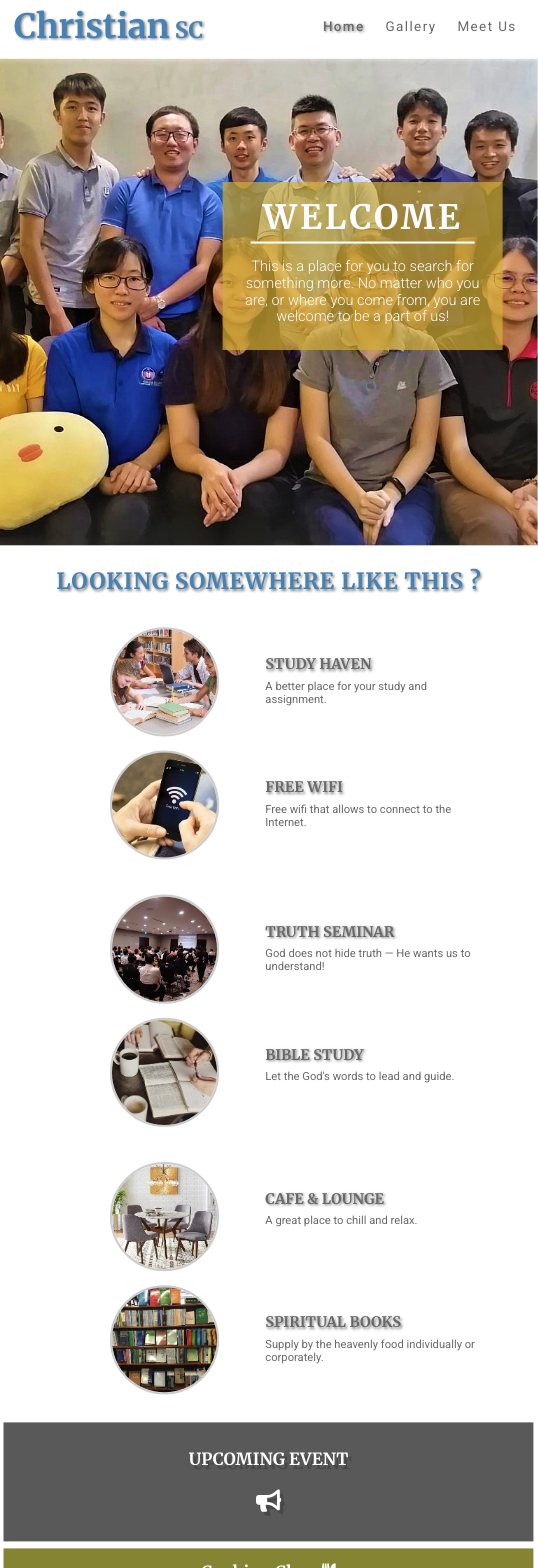
Repository: kongteckmee/christian-sc
Page: index.html
The author's editor kept a record of every edit. The page is drawn from the files as they stood at one moment, then again after the next edit.
The browser window is 768 px wide. The pictures show the part of the page from y = 0 to 2240 px (the page is 2968 px tall), at 70% of full size.
Some web libraries are served in a nearby version.

Above is the page before.

After the next edit:
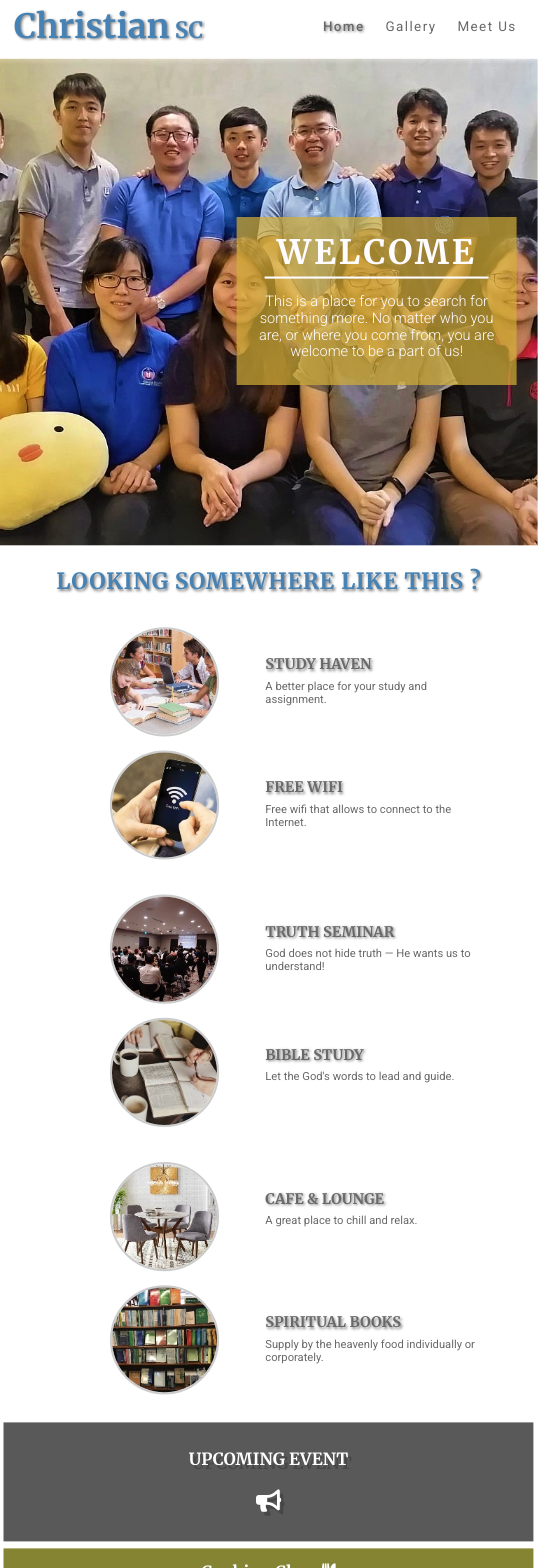
The edit:
--- a/assets/css/style.css
+++ b/assets/css/style.css
@@ -454,8 +454,8 @@
 
 @media (min-width: 768px) and (max-width: 991px) {
     #welcome-text {
-        bottom: 300px;
-        right: 50px;
+        bottom: 250px;
+        right: 30px;
     }
 
     #about {
